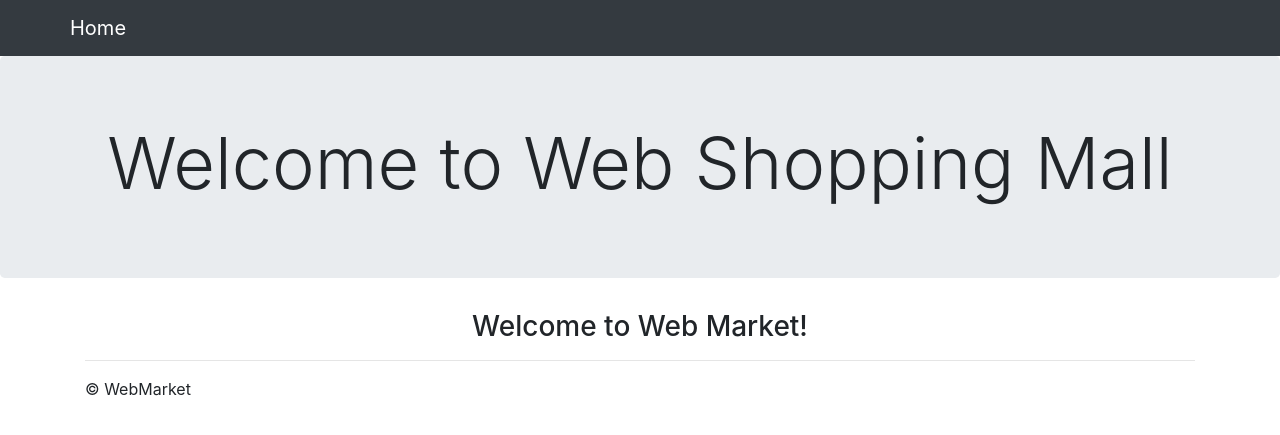
Repository: CheolHo-0428/JSP-Web-Programming
Page: http://localhost/WebMarket/welcome.jsp
An editor plug-in stored every save of this project. The page is shown before and after the next save, followed by the edit.
The browser window is 1280 px wide. The pictures show the whole page.
The page is served by Tomcat 9. Other server files are loaded and not shown.

Above is the page before, as saved 2021-05-06 15:10:23.

### WebMarket/src/main/webapp/welcome.jsp
<%@ page language="java" contentType="text/html; charset=UTF-8"
    pageEncoding="UTF-8"%>
<!DOCTYPE html>
<html>
<head>
<meta charset="UTF-8">
<title>Welcome</title>
</head>
<!-- Bootstrap CSS -->
    <link href="https://maxcdn.bootstrapcdn.com/bootstrap/4.0.0/css/bootstrap.min.css"
    	rel="stylesheet">
<body>
	<nav class="navbar navbar-expand navbar-dark bg-dark">
		<div class="container">
			<div class = "navbar-header">
				<a class = "navbar-brand" href="./welcome.jsp">Home</a>
			</div>
		</div>
	</nav>
	<%
		String greeting = "Welcome to Web Shopping Mall";
		String tagline = "Welcome to Web Market!";
	%>
	<div class = "jumbotron">
		<div class = "container">
			<h1 class = "display-3">
				<div class = "text-center">
					<%= greeting %>
				</div>
			</h1>
		</div>
	</div>
	<div class = "container">
		<div class = "text-center">
			<h3><%= tagline %></h3>
		</div>
		<hr>
	</div>
	<footer class = "container">
		<p>&copy; WebMarket</p>
	</footer>

</body>
</html>

After the next save:
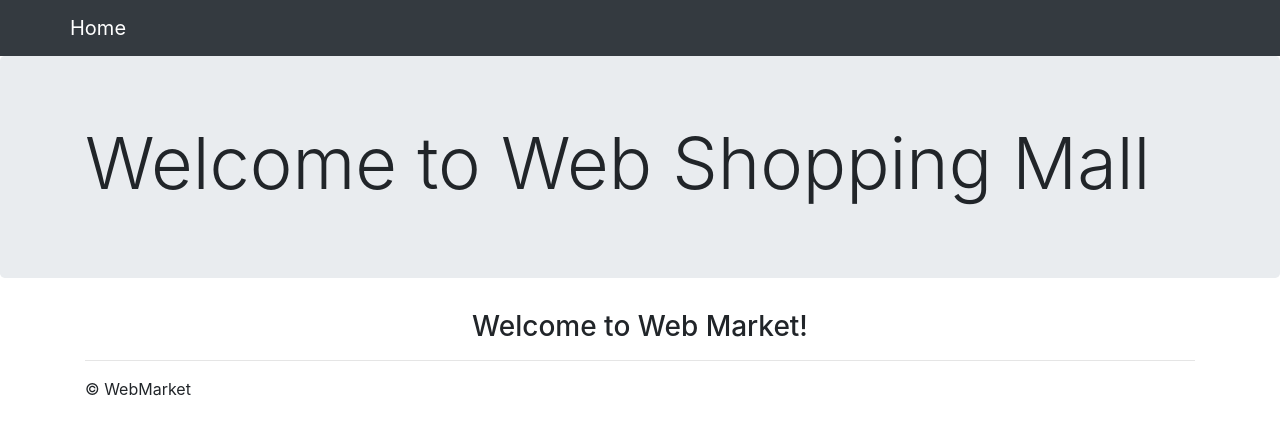
Saved 31 s later.
--- a/WebMarket/src/main/webapp/welcome.jsp
+++ b/WebMarket/src/main/webapp/welcome.jsp
@@ -24,9 +24,7 @@
 	<div class = "jumbotron">
 		<div class = "container">
 			<h1 class = "display-3">
-				<div class = "text-center">
 					<%= greeting %>
-				</div>
 			</h1>
 		</div>
 	</div>
